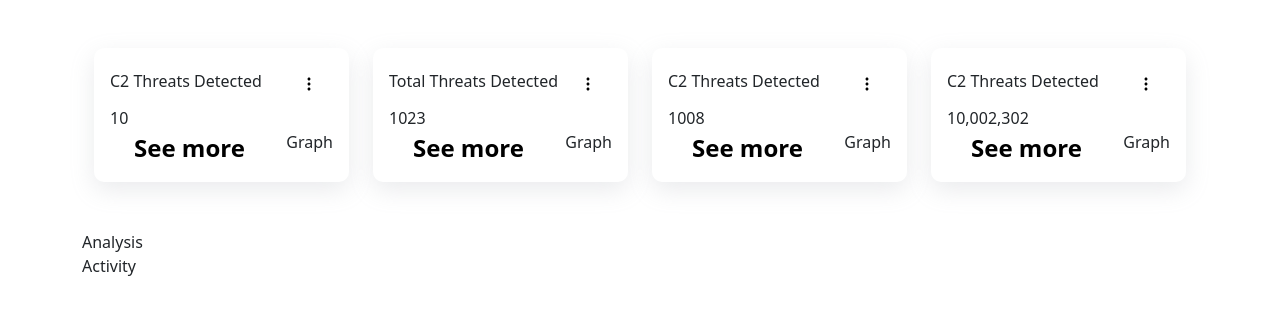
Repository: badhon252/dashboard
Page: /
These files come from the project's save history. The page is drawn as it stood at one moment and after the next save; the edit follows.
The browser window is 1280 px wide. The pictures show the whole page.
The project was rebuilt for these pictures with package versions that can differ from the ones it lists, and the page was loaded fresh each time. Also part of the build but not shown: vite.config.js.

Above is the page before, as saved 2023-01-27 01:30:27.

After the next save:
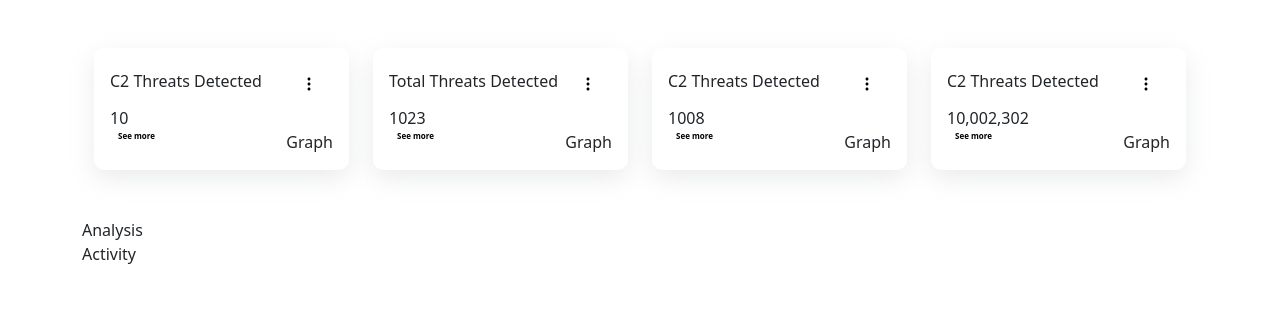
Saved 7 s later.
--- a/src/App.css
+++ b/src/App.css
@@ -1,7 +1,7 @@
 .link {
     color: #000;
     text-decoration: none;
-    font-size: 1.5em;
+    font-size: .5em;
     font-weight: bold;
     margin: 0 1em;
     transition: all 0.3s ease-in-out;
